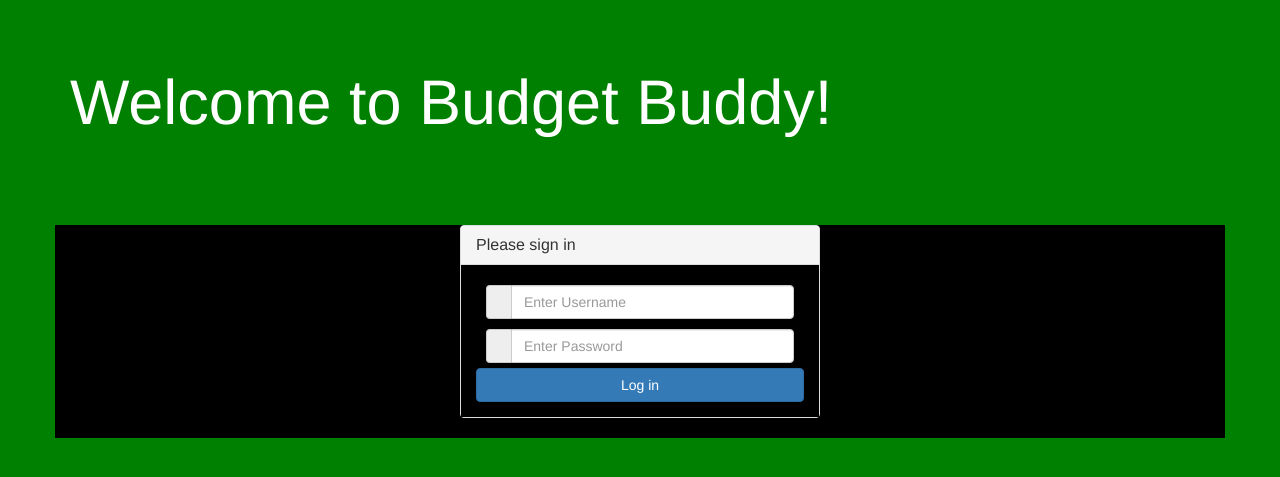
Repository: jdfost1/BudgetBuddy
Page: http://localhost/budgetbuddy/login
The author's editor kept a copy of each file at every save. The page is drawn from the files as they stood at one save, then again after the next save.
The browser window is 1280 px wide. The pictures show the whole page.
Some web libraries are served in a nearby version. The page is served by Tomcat 9.

Above is the page before, as saved 2018-10-09 06:44:27.

After the next save:
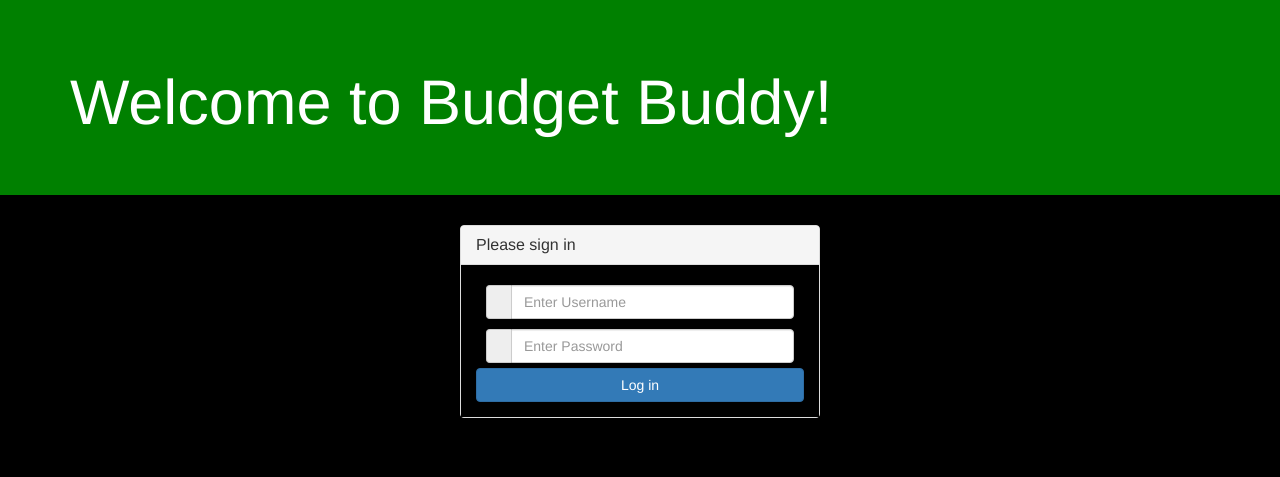
Saved 10 s later.
--- a/budgetbuddy/src/main/webapp/WEB-INF/jsp/login.jsp
+++ b/budgetbuddy/src/main/webapp/WEB-INF/jsp/login.jsp
@@ -16,7 +16,7 @@ background-color:green;
 color:white;
 }
 #body{
-background-color:green;
+background-color:black;
 }
 head{
 background-color:green;
